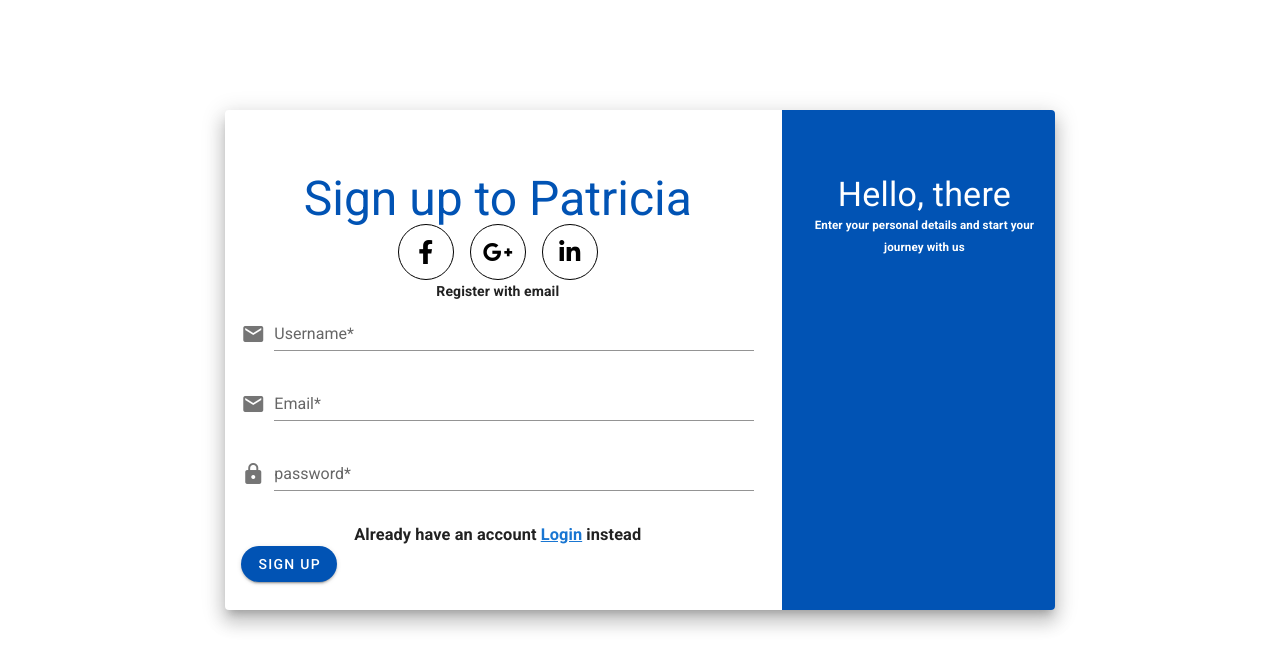
Repository: akinsikuoluwafemi/Pats_userAuth
Page: /signup
These files come from the project's save history. The page is drawn as it stood at one moment and after a run of saves; the edit follows.
The browser window is 1280 px wide. The pictures show the whole page.
The project was rebuilt for these pictures with package versions that can differ from the ones it lists, and the page was loaded fresh each time. Also part of the build but not shown: vue.config.js, src/views/Login.vue, src/views/UserInfo.vue.

Above is the page before, as saved 2020-11-05 21:48:41.

After the next 4 saves:
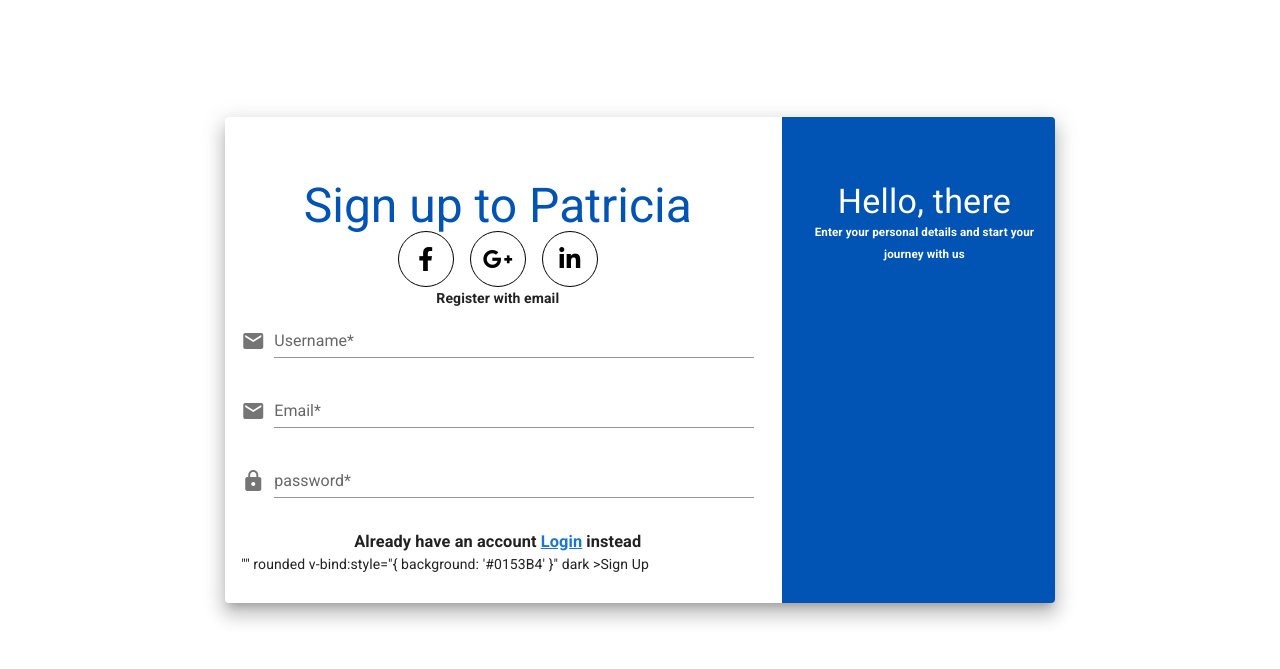
The 4 saves are shown as one change because they came seconds apart.
The last was saved 16 s later.
--- a/src/views/Signup.vue
+++ b/src/views/Signup.vue
@@ -67,6 +67,7 @@
                         </h3>
                          <v-btn
                          type="submit"
+                         form="id="check-login-form""
                           rounded
                           v-bind:style="{ background: '#0153B4' }"
                           dark

After the 2 saves that followed:
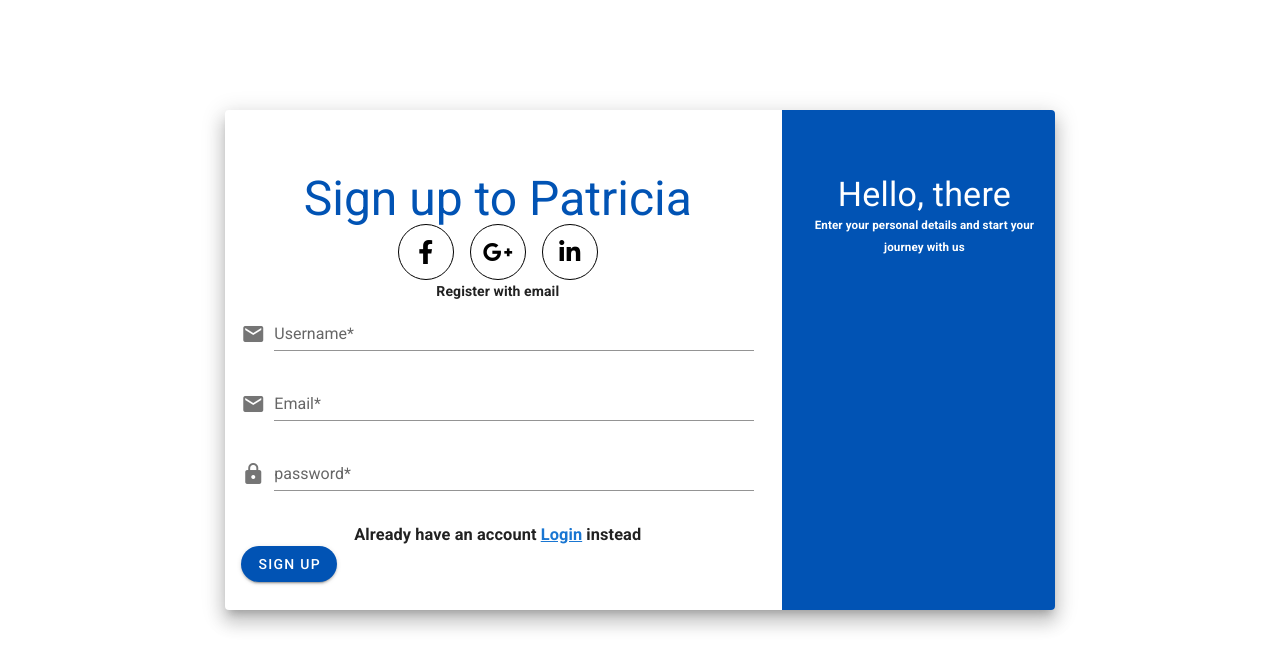
The 2 saves are shown as one change because they came seconds apart.
The last was saved 6 s later.
--- a/src/views/Signup.vue
+++ b/src/views/Signup.vue
@@ -67,7 +67,7 @@
                         </h3>
                          <v-btn
                          type="submit"
-                         form="id="check-login-form""
+                         form="check-login-form""
                           rounded
                           v-bind:style="{ background: '#0153B4' }"
                           dark
